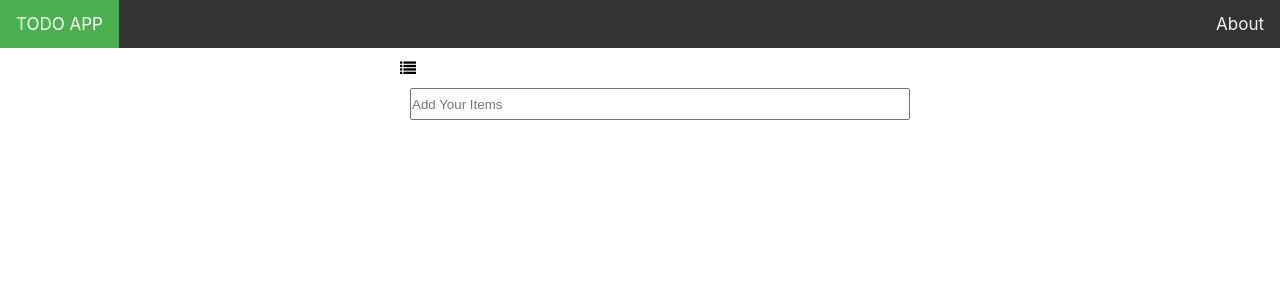
Repository: hoangphuong965/myTodoList
Page: /
The author's editor kept a copy of each file at every save. The page is drawn from the files as they stood at one save, then again after the next save.
The browser window is 1280 px wide. The pictures show the whole page.
The project was rebuilt for these pictures with package versions that can differ from the ones it lists, and the page was loaded fresh each time.

Above is the page before, as saved 2020-06-01 09:41:13.

After the next save:
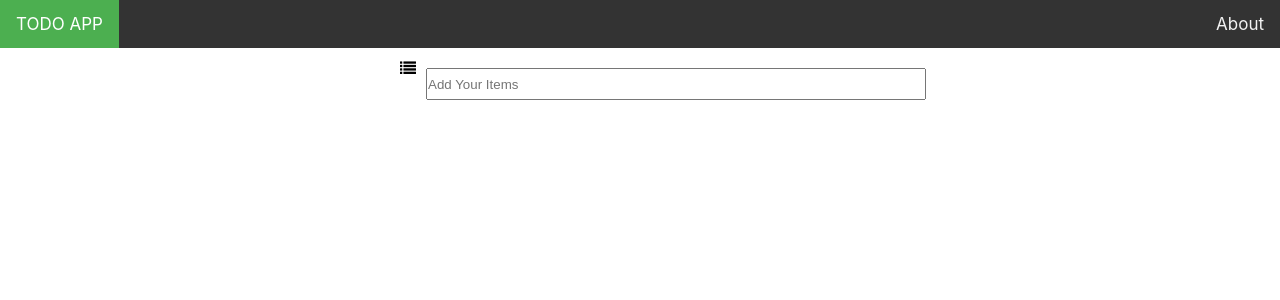
Saved 23 s later.
--- a/src/components/todo.css
+++ b/src/components/todo.css
@@ -13,5 +13,8 @@
     width: 500px;
     height: 2rem;
     margin: 10px;
+}
 
+.form{
+    display: flex;
 }
